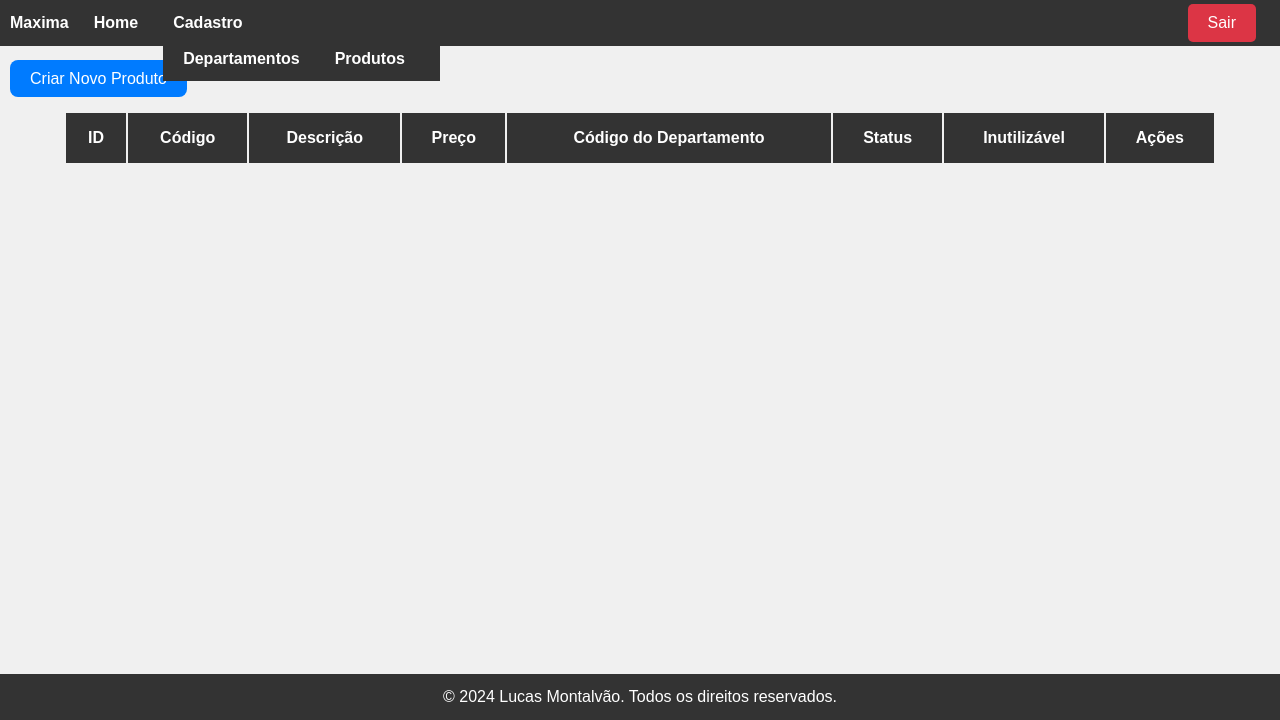
Repository: LucasMontalvao1/ProjetoMaxima
Page: /produto (app in AngularMaxima/)
The author's editor kept a copy of each file at every save. The page is drawn from the files as they stood at one save, then again after the next save.
The browser window is 1280 px wide. The pictures show the whole page.
The page's requests for data from a server got no answer. The project was rebuilt for these pictures with package versions that can differ from the ones it lists, and the page was loaded fresh each time. No one was signed in, and anything a server would have sent is missing. Also part of the build but not shown: AngularMaxima/angular.json, AngularMaxima/src/app/pages/login/login.component.ts, AngularMaxima/src/app/pages/home/home.component.ts.

Above is the page before, as saved 2024-07-14 20:24:04.

After the next save:
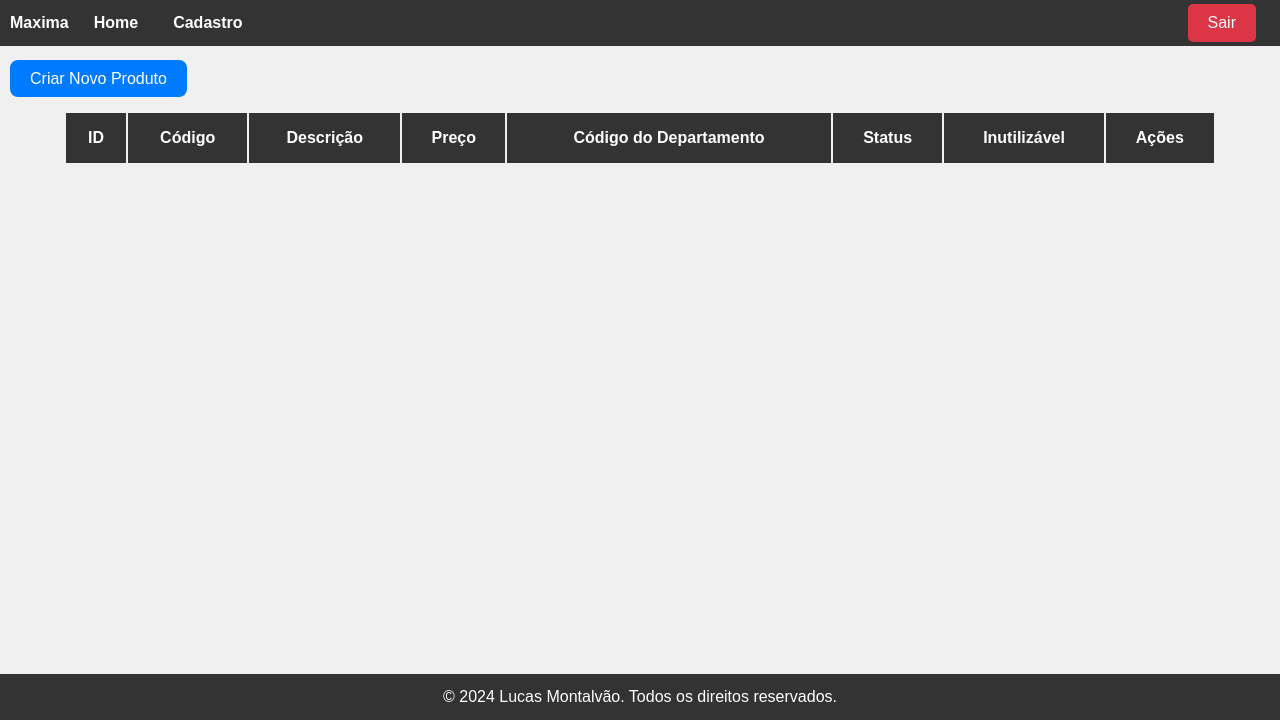
Saved 24 s later.
--- a/AngularMaxima/src/app/layout/menu/menu.component.html
+++ b/AngularMaxima/src/app/layout/menu/menu.component.html
@@ -5,10 +5,10 @@
       <li><a routerLink="/home">Home</a></li>
       <li class="cadastro">
         <a href="#">Cadastro</a>
-        <ul class="submenu">
-          <li><a routerLink="/departamento">Departamentos</a></li>
-          <li><a routerLink="/produto">Produtos</a></li>
-        </ul>
+        <div class="submenu">
+          <a routerLink="/produto">Produtos</a>
+          <a routerLink="/departamento">Departamentos</a>
+        </div>
       </li>
     </ul>
   </nav>
